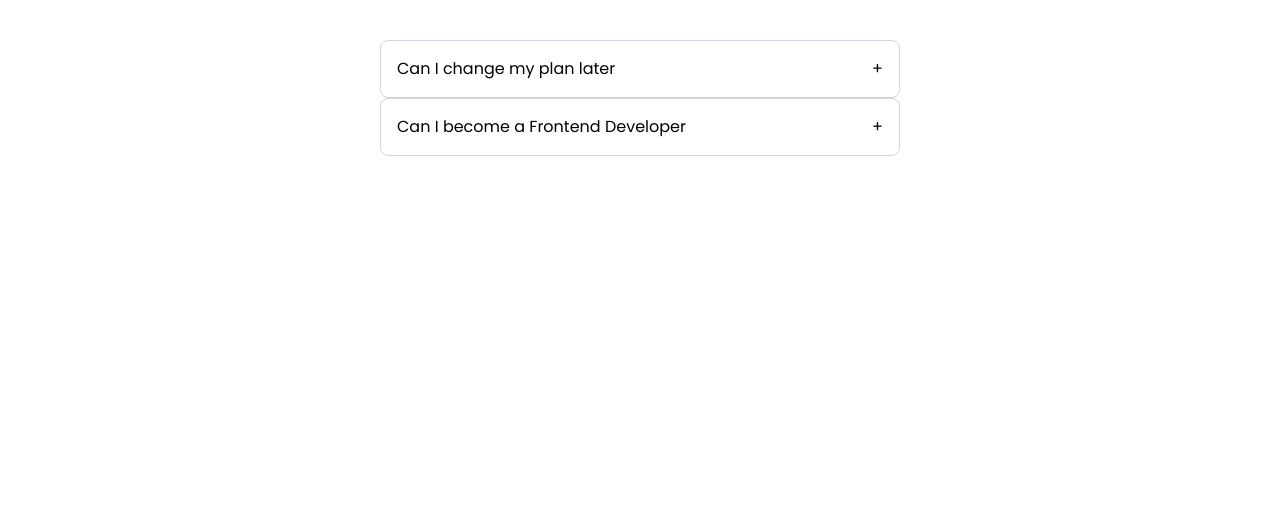
Repository: ThanhPhongsof/React-Course
Page: /
The author's editor kept a copy of each file at every save. The page is drawn from the files as they stood at one save, then again after a run of saves.
The browser window is 1280 px wide. The pictures show the whole page.
The project was rebuilt for these pictures with package versions that can differ from the ones it lists, and the page was loaded fresh each time. Also part of the build but not shown: src/components/advanced-react/react-composition/Edittable.js.

Above is the page before, as saved 2022-04-24 12:04:50.

After the next 2 saves:
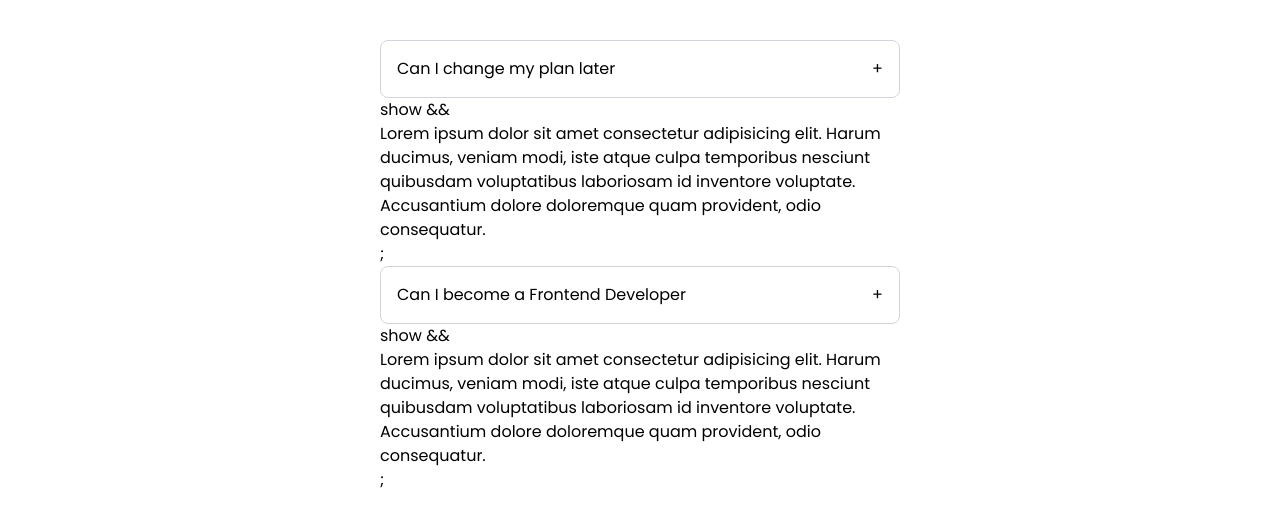
The 2 saves are shown as one change because 1 did not build or start.
The last was saved 51 s later.
--- a/src/components/advanced-react/react-composition/AccordionContent.js
+++ b/src/components/advanced-react/react-composition/AccordionContent.js
@@ -1,7 +1,11 @@
 import React from "react";
 
 const AccordionContent = ({ show, children }) => {
-  return show && <div className="content">{children}</div>;
+  return (
+    <>
+      show && <div className="content">{children}</div>;
+    </>
+  );
 };
 
 export default AccordionContent;

After the 2 saves that followed:
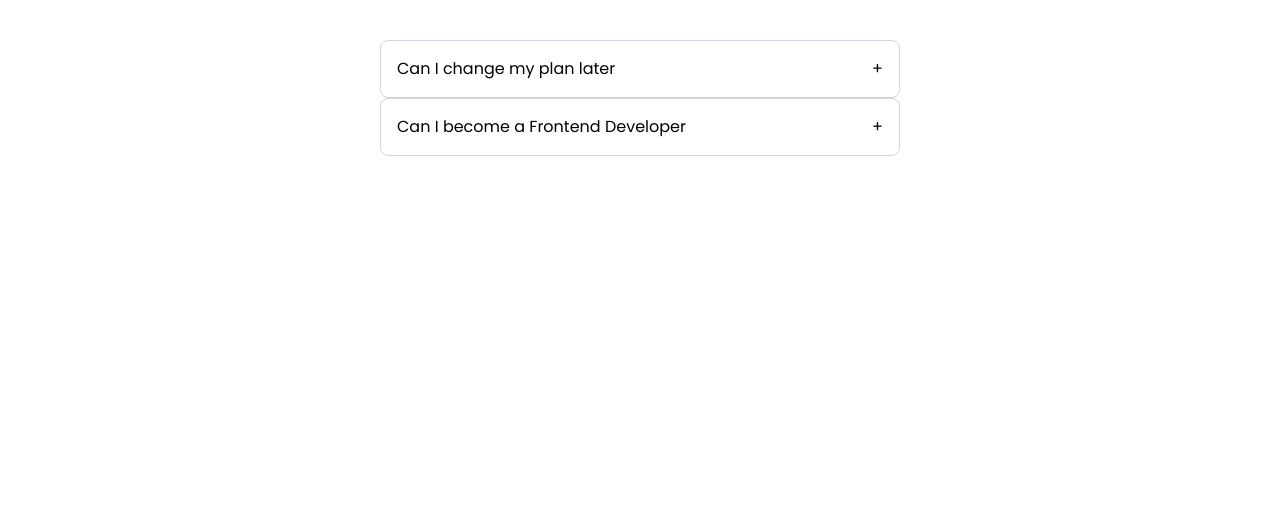
The 2 saves are shown as one change because they came seconds apart.
The last was saved 42 s later.
--- a/src/components/advanced-react/react-composition/AccordionContent.js
+++ b/src/components/advanced-react/react-composition/AccordionContent.js
@@ -1,11 +1,7 @@
 import React from "react";
 
 const AccordionContent = ({ show, children }) => {
-  return (
-    <>
-      show && <div className="content">{children}</div>;
-    </>
-  );
+  return <>{show && <div className="content">{children}</div>}</>;
 };
 
 export default AccordionContent;
